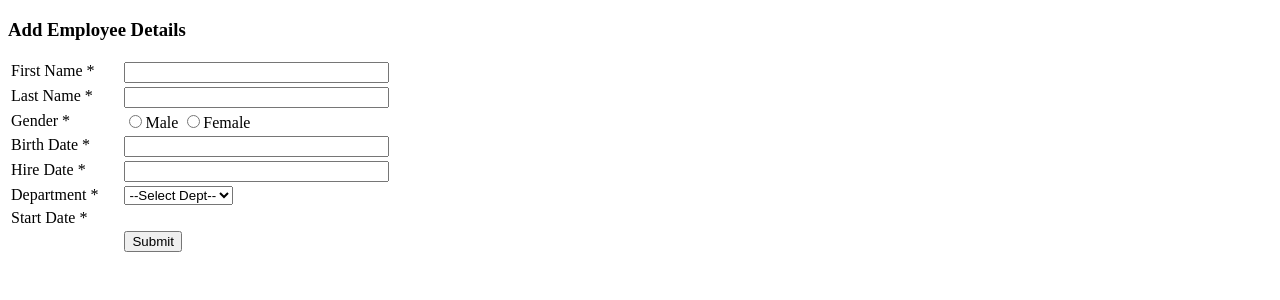
Repository: avsuhas/Java-Project
Page: http://localhost/Employee_Project/jsp/addUser.jsp
The author's editor kept a copy of each file at every save. The page is drawn from the files as they stood at one save, then again after the next save.
The browser window is 1280 px wide. The pictures show the whole page.
The page is served by Tomcat 9. Other server files are loaded and not shown.

Above is the page before, as saved 2017-06-01 16:08:27.

### Employee Project/WebContent/jsp/addUser.jsp
<%@ page language="java" contentType="text/html; charset=UTF-8"
    pageEncoding="UTF-8"%>
<!DOCTYPE html PUBLIC "-//W3C//DTD HTML 4.01 Transitional//EN" "http://www.w3.org/TR/html4/loose.dtd">
<html>
<head>
<meta http-equiv="Content-Type" content="text/html; charset=UTF-8">
<title>Insert title here</title>
</head>
<body>
<h3> Add Employee Details </h3>
<form name="myForm" action="#" method="post"  onsubmit="return validateForm()">

<table width="450px" >

	<tr>
 	<td valign="top">
  	<label for="first_name">First Name *</label>
 	</td>
 	<td valign="top">
 	<input type="text" name="firstName"  maxlength="20" size="30" required>
 	<br>
 	</td>
	</tr>

	<tr>
 	<td valign="top">
  	<label for="last_name">Last Name *</label>
 	</td>

 	<td valign="top">
 	<input  type="text" name="last_name" maxlength="20" size="30" required>

 	</td>
	</tr>




	<tr>
 	<td valign="top">
  	<label for="Sex">Gender *</label>
 	</td>
 	<td valign="top">
 	<input type="radio" name="Sex" value="Male" required>Male
	<input type="radio" name="Sex" value="Female">Female
	</tr>


	<tr>
 	<td valign="top">
  	<label for="birthDate">Birth Date *</label>
 	</td>
 	<td valign="top">
  	<input  type="text" name="birthDate" maxlength="20" size="30" required>
 	</td>
	</tr>


	<tr>
 	<td valign="top">
  	<label for="hireDate">Hire Date *</label>
 	</td>
 	<td valign="top">
  	<input  type="text" name="hireDate" maxlength="20" size="30" required>
 	</td>
	</tr>

	<tr>
 	<td valign="top">
  	<label for="department">Department *</label>
 	</td>
 	<td valign="top">
 	<select id="departmentId" name="department">
                <option value="0"> --Select Dept-- </option>
        </select>
 	</td>
	</tr>

	<tr>
 	<td valign="top">
  	<label for="startDate">Start Date *</label>
 	</td>
 	<td valign="top">
 	<script type="text/javascript"
	src="http://www.snaphost.com/jquery/Calendar.aspx"></script>
  <!-- 	<input  type="text" name="startDate" maxlength="20" size="30" required>	 -->
 	</td>
	</tr>

	<tr>
 	<td valign="top">
 	</td>
 	<td valign="top">

  	<input type="submit" value = "Submit" class="sbmtBtn" />
 	</td>
	</tr>


 	</table>


</form>


</body>
</html>

After the next save:
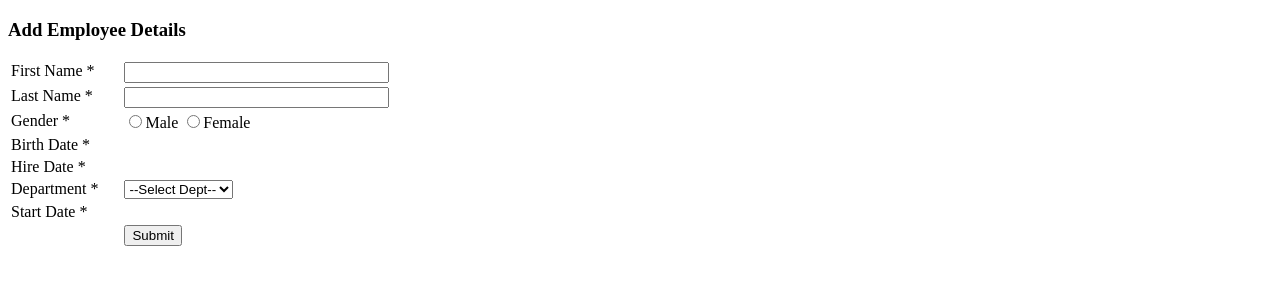
Saved 59 s later.
--- a/Employee Project/WebContent/jsp/addUser.jsp
+++ b/Employee Project/WebContent/jsp/addUser.jsp
@@ -51,7 +51,8 @@
   	<label for="birthDate">Birth Date *</label>
  	</td>
  	<td valign="top">
-  	<input  type="text" name="birthDate" maxlength="20" size="30" required>
+  	<script type="text/javascript"
+	src="http://www.snaphost.com/jquery/Calendar.aspx"></script>
  	</td>
 	</tr>
 
@@ -61,7 +62,8 @@
   	<label for="hireDate">Hire Date *</label>
  	</td>
  	<td valign="top">
-  	<input  type="text" name="hireDate" maxlength="20" size="30" required>
+  	<script type="text/javascript"
+	src="http://www.snaphost.com/jquery/Calendar.aspx"></script>
  	</td>
 	</tr>
 
@@ -83,7 +85,7 @@
  	<td valign="top">
  	<script type="text/javascript"
 	src="http://www.snaphost.com/jquery/Calendar.aspx"></script>
-  <!-- 	<input  type="text" name="startDate" maxlength="20" size="30" required>	 -->
+
  	</td>
 	</tr>
 
